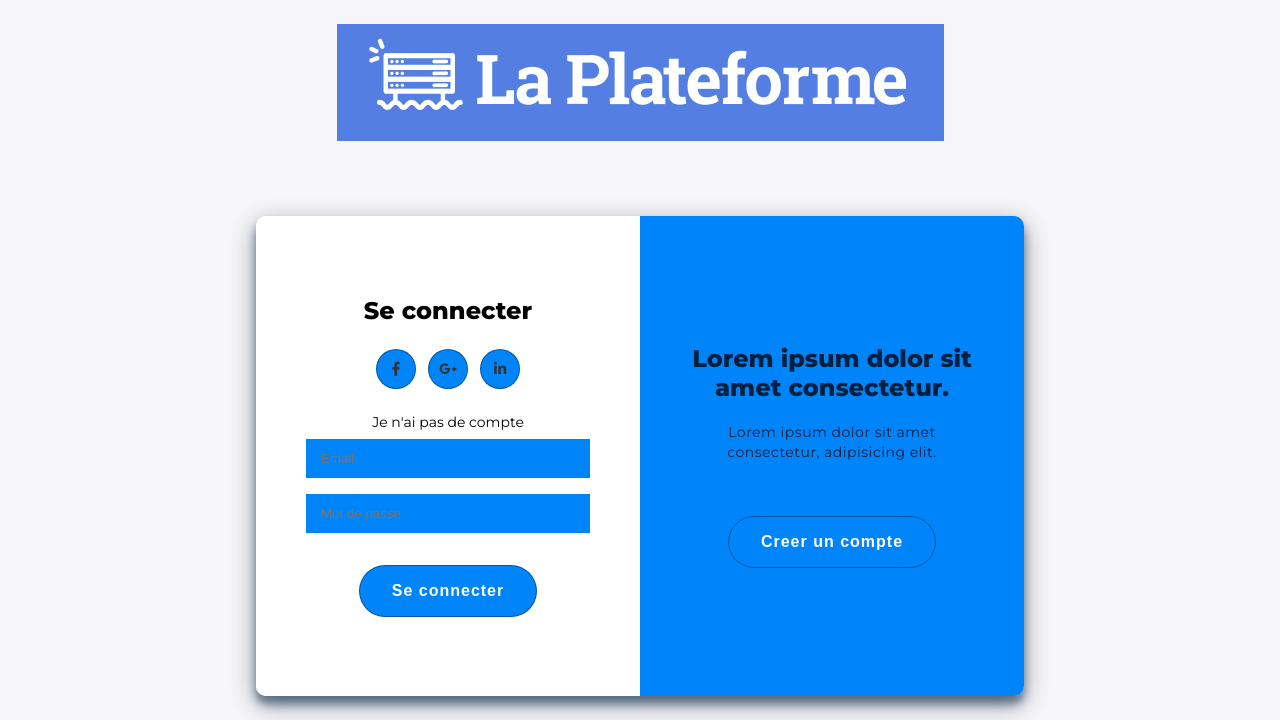
Repository: karim-sebih/runtrackJs
Page: bigjob/index.html
An editor plug-in stored every save of this project. The page is shown before and after a run of saves, followed by the edit.
The browser window is 1280 px wide. The pictures show the whole page.
Some web libraries are served in a nearby version.

Above is the page before, as saved 2025-03-20 11:54:48.
Console error: TypeError: Cannot read properties of null (reading 'addEventListener')

After the next 2 saves:
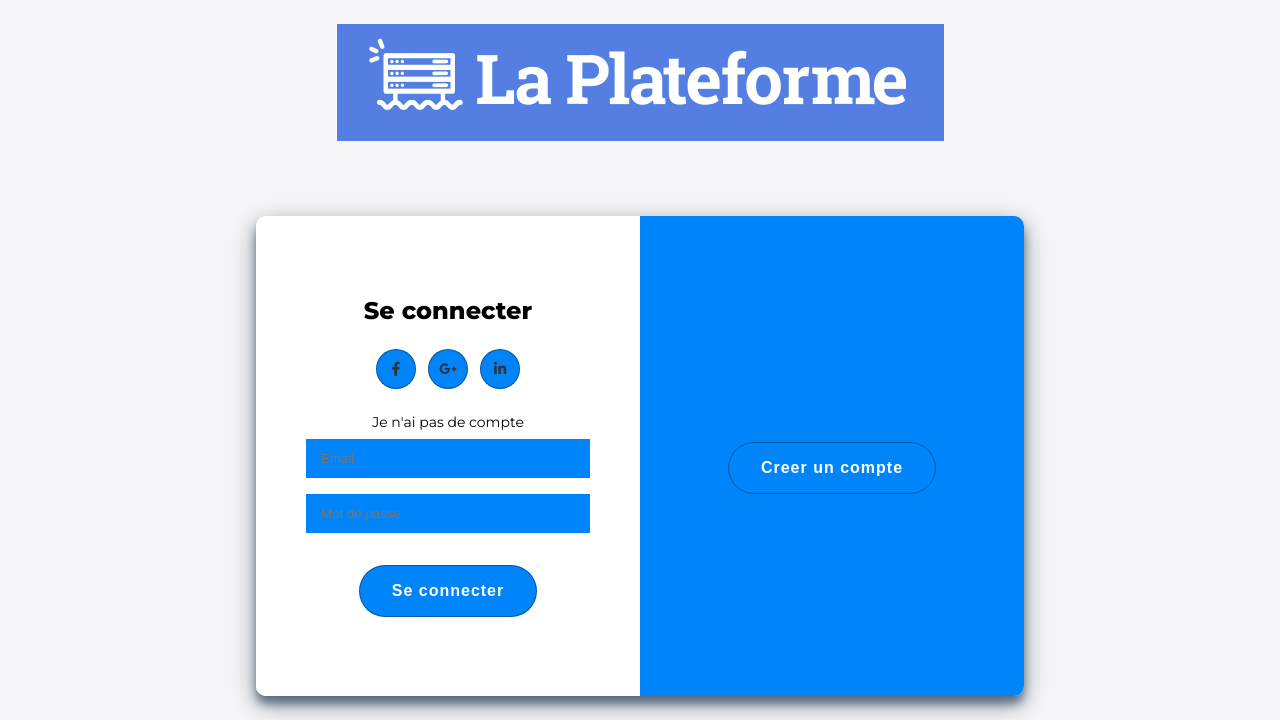
The 2 saves are shown as one change because they came seconds apart.
The last was saved 19 s later.
--- a/bigjob/index.html
+++ b/bigjob/index.html
@@ -47,13 +47,11 @@
 		<div class="overlay-container">
 			<div class="overlay">
 				<div class="overlay-panel overlay-left">
-					<h1>Lorem ipsum dolor sit amet consectetur.</h1>
-					<p>Lorem ipsum dolor sit amet consectetur, adipisicing elit.</p>
+
 					<button class="ghost" id="login">Se connecter</button>
 				</div>
 				<div class="overlay-panel overlay-right">
-					<h1>Lorem ipsum dolor sit amet consectetur.</h1>
-					<p>Lorem ipsum dolor sit amet consectetur, adipisicing elit. </p>
+
 					<button class="ghost" id="signUp">Creer un compte</button>
 				</div>
 			</div>
